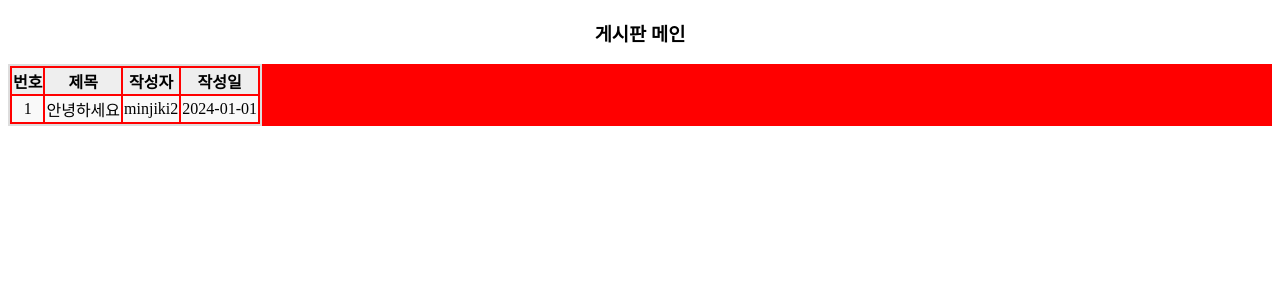
Repository: minjikimkim2222/BBS
Page: http://localhost/BBS/bbs.jsp
An editor plug-in stored every save of this project. The page is shown before and after the next save, followed by the edit.
The browser window is 1280 px wide. The pictures show the whole page.
The page is served by Tomcat 9. Other server files are loaded and not shown.

Above is the page before, as saved 2024-01-01 13:37:35.

### BBS/src/main/webapp/bbs.jsp
<%@ page language="java" contentType="text/html; charset=UTF-8"
    pageEncoding="UTF-8"%>
<!DOCTYPE html>
<html>
<head>

	<meta HTTP-EQUIV="content-type" CONTENT="text/html; CHARSET=UTF-8" charset = "UTF-8"> <!--  클라이언트 문자 인코딩 방식  -->
	<meta name="viewport" content="width=device-width, initial-scale=1.0">
	<link rel = "stylesheet" href = "css/bootstrap.css">

	<style>
		.container-fluid {
		background-color : red;

		}
	</style>
	<title>bbs 게시판 화면</title>
</head>
<body>

<!-- 게시판 메인 페이지 영역 시작  -->

	<div class = "container">
		<div class = "row">
			<h3 style = "text-align : center;">게시판 메인</h3>

			<div class = "container-fluid">
				<table class = "table table-striped" style = "text-align : center; border : 2px solid #dddddd">
					<thead>
						<tr>
							<th style = "background-color : #eeeeee" >번호</th>
							<th style = "background-color : #eeeeee">제목</th>
							<th style = "background-color : #eeeeee">작성자</th>
							<th style = "background-color : #eeeeee">작성일</th>
						</tr>
					</thead>
					<tbody>
						<tr>
							<td>1</td>
							<td>안녕하세요</td>
							<td>minjiki2</td>
							<td>2024-01-01</td>
						</tr>
					</tbody>
				</table>

			<!-- 글쓰기 버튼 생성, 버튼 누르면 write.jsp 페이지로 이동할 것 -->
			</div>
		</div>
	</div>
</body>
</html>

### BBS/src/main/webapp/css/bootstrap.css
@charset "UTF-8";

.form-group {
  margin-bottom: 20px;
}

.form-control {
  display: block;
  width: 100%;
  height: 40px;
  padding: 10px 15px;
  font-size: 14px;
  line-height: 1.42857143;
  color: #555;
  background-color: #fff;
  background-image: none;
  border: 1px solid #ccc;
  border-radius: 4px;
  -webkit-box-shadow: inset 0 1px 1px rgba(0, 0, 0, .075);
          box-shadow: inset 0 1px 1px rgba(0, 0, 0, .075);
  -webkit-transition: border-color ease-in-out .15s, -webkit-box-shadow ease-in-out .15s;
       -o-transition: border-color ease-in-out .15s, box-shadow ease-in-out .15s;
          transition: border-color ease-in-out .15s, box-shadow ease-in-out .15s;
  box-sizing: border-box; /* 추가된 부분 */
}

.container {
  padding-right: 15px;
  padding-left: 15px;
  margin-right: auto;
  margin-left: auto;

}

.jumbotron {
  padding-top: 30px;
  padding-bottom: 30px;
  margin-bottom: 30px;
  color: inherit;
  background-color: #eee;
  box-sizing: border-box; /* 추가된 부분 */
}

.col-lg-4 {
  width: 33.33333333%;
}


.col-lg-5 {
    width: 41.66666667%;
}


/* 게시판 기능 추가 이후 */

table {
  background-color: transparent;
}

.table-striped > tbody > tr:nth-of-type(odd) {
  background-color: #f9f9f9;
}

.col-lg-8 {
  width: 66.66666667%;
}

 .row {
  margin-right: -15px;
  margin-left: -15px;
}

After the next save:
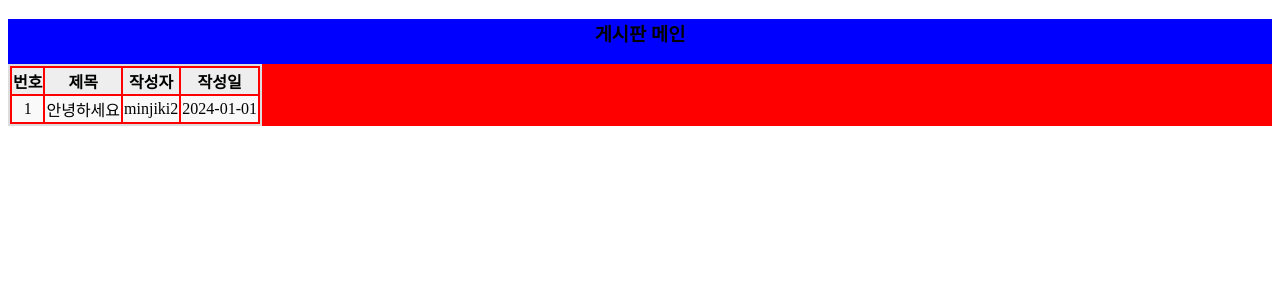
Saved 2 min 51 s later.
--- a/BBS/src/main/webapp/bbs.jsp
+++ b/BBS/src/main/webapp/bbs.jsp
@@ -12,6 +12,10 @@
 		.container-fluid {
 		background-color : red;
 
+		}
+
+		.container {
+			background-color : blue;
 		}
 	</style>
 	<title>bbs 게시판 화면</title>
